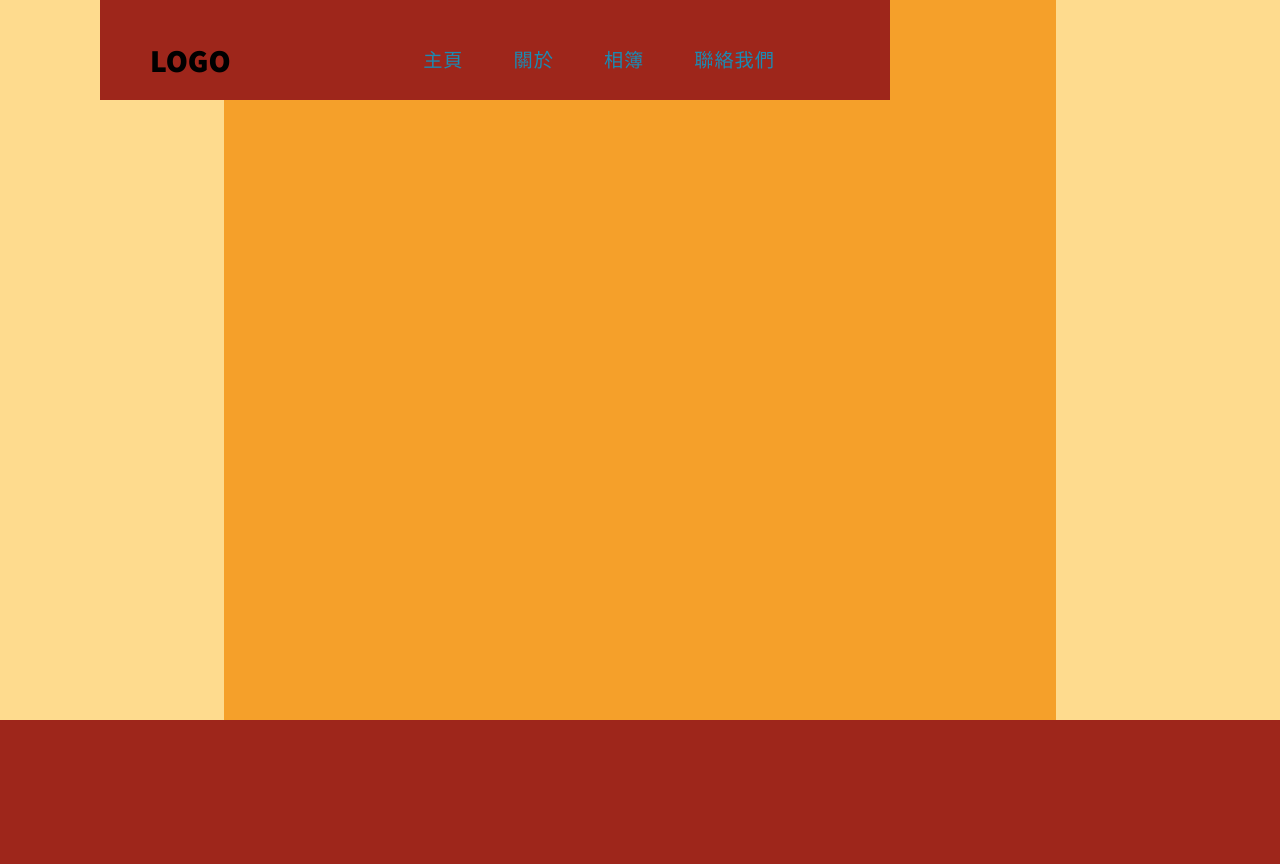
Repository: KevinYu0515/guanghui-food-website
Page: /
An editor plug-in stored every save of this project. The page is shown before and after the next save, followed by the edit.
The browser window is 1280 px wide. The pictures show the whole page.
The project was rebuilt for these pictures with package versions that can differ from the ones it lists, and the page was loaded fresh each time. Also part of the build but not shown: vue.config.js.

Above is the page before, as saved 2022-03-17 14:49:13.

After the next save:
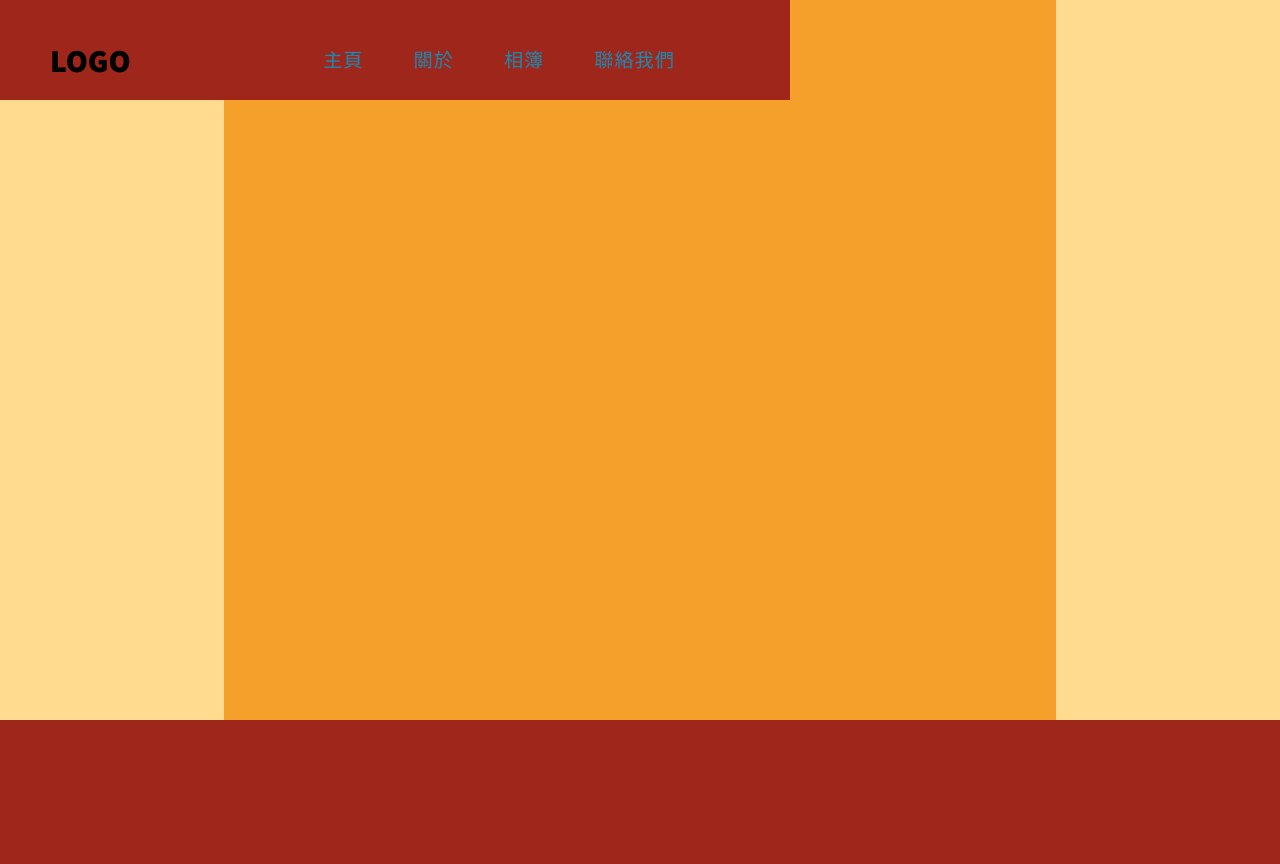
Saved 42 s later.
--- a/src/assets/scss/navbar.scss
+++ b/src/assets/scss/navbar.scss
@@ -2,7 +2,6 @@
 #header{
     position: fixed;
     top: 0;
-    left: 100px;
     width:50%;
     height: 80px;
     padding: 20px 100px 0px 50px;
